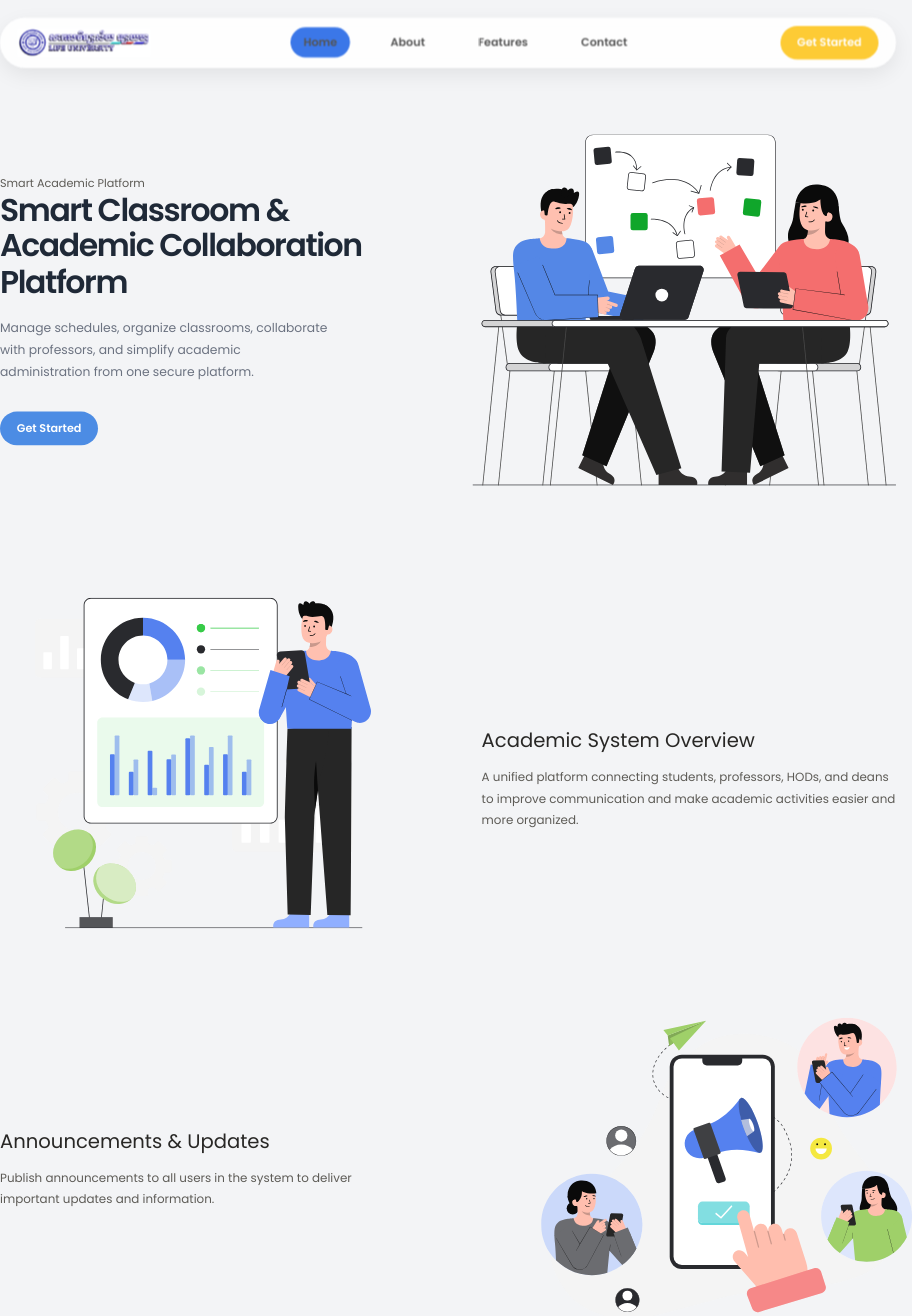
Repository: Chocovcandy/Classroom_Management_System
Page: http://localhost/
The author's editor kept a copy of each file at every save. The page is drawn from the files as they stood at one save, then again after the next save.
The browser window is 1280 px wide. The page is 1303 px wide, so the pictures cover 1303 px, including what lies to the right of the window. The pictures show the part of the page from y = 0 to 1880 px (the page is 3974 px tall before and 3936 px after), at 70% of full size.
Some web libraries are served in a nearby version. The page is served by the project's Laravel application, run on PHP 8.4 with Laravel 12.

Above is the page before, as saved 2026-08-09 16:14:40.

After the next save:
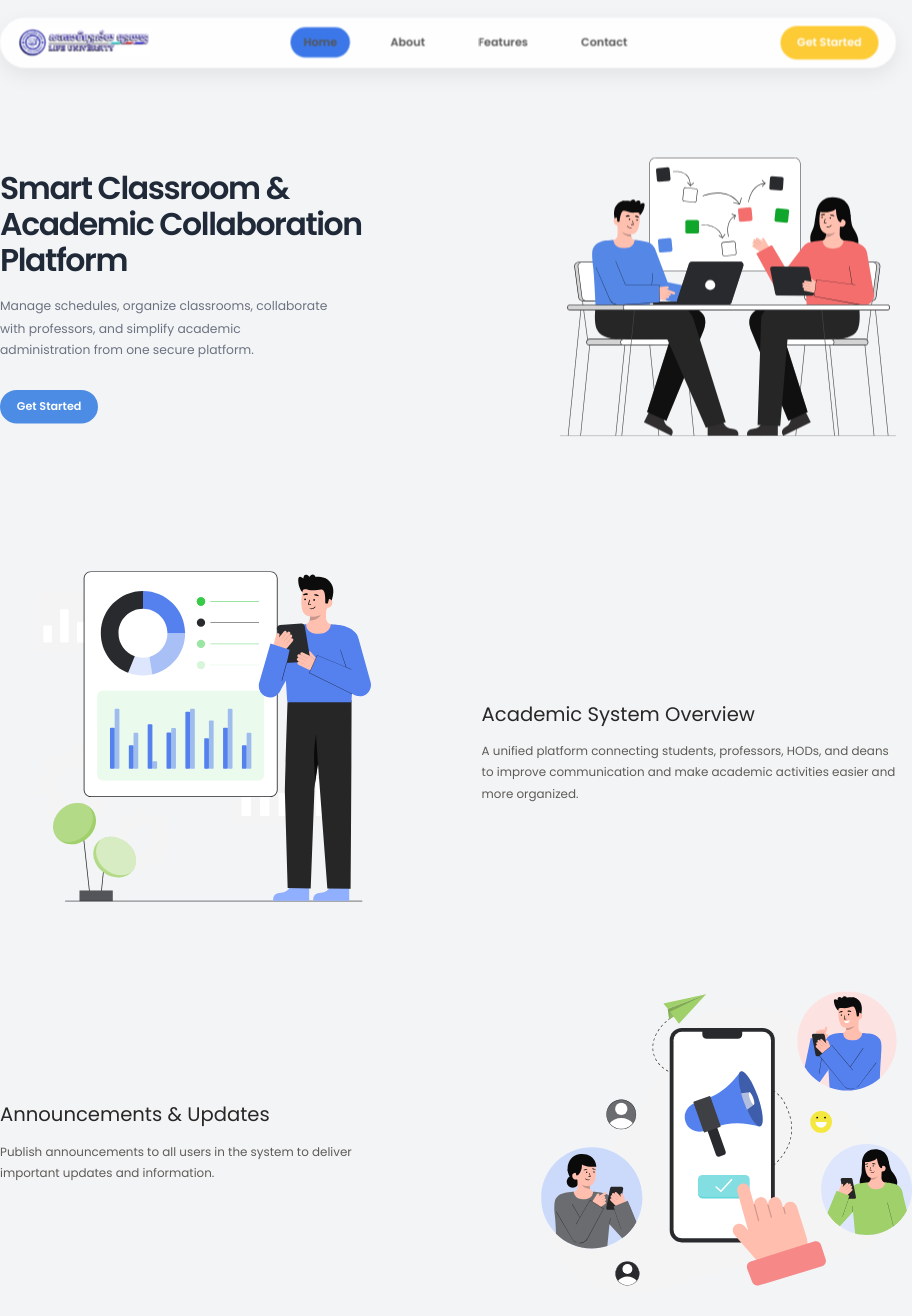
Saved 3 s later.
--- a/resources/views/welcome.blade.php
+++ b/resources/views/welcome.blade.php
@@ -53,42 +53,36 @@
         <main class="main">
 
             <!--=============== HOME ===============-->
-<section class="home section" id="home">
-    <div class="home__container container">
-
-        <div class="home__data">
-
-            <p class="home__tag">
-                Smart Academic Platform
-            </p>
-
-            <h1 class="home__title">
-                Smart Classroom &
-                <span>Academic Collaboration</span>
-                Platform
-            </h1>
-
-            <p class="home__description">
-                Manage schedules, organize classrooms, collaborate with professors,
-                and simplify academic administration from one secure platform.
-            </p>
-
-            <div class="home__buttons">
-                <a href="{{ route('Login_page') }}" class="button">
-                    Get Started
-                </a>
-            </div>
-
-        </div>
-
-        <div class="home__visual">
-            <div class="home__svg">
-                <x-icons.home />
-            </div>
-        </div>
-
-    </div>
-</section>
+            <section class="home section" id="home">
+                <div class="home__container container">
+
+                    <div class="home__data">
+
+                        <h1 class="home__title">
+                            Smart Classroom &
+                            <span>Academic Collaboration</span>
+                            Platform
+                        </h1>
+
+                        <p class="home__description">
+                            Manage schedules, organize classrooms, collaborate with professors,
+                            and simplify academic administration from one secure platform.
+                        </p>
+
+                        <div class="home__buttons">
+                            <a href="{{ route('Login_page') }}" class="button">
+                                Get Started
+                            </a>
+                        </div>
+
+                    </div>
+
+                    <div class="img_svg1">
+                        <x-icons.home />
+                    </div>
+
+                </div>
+            </section>
 
 
 
